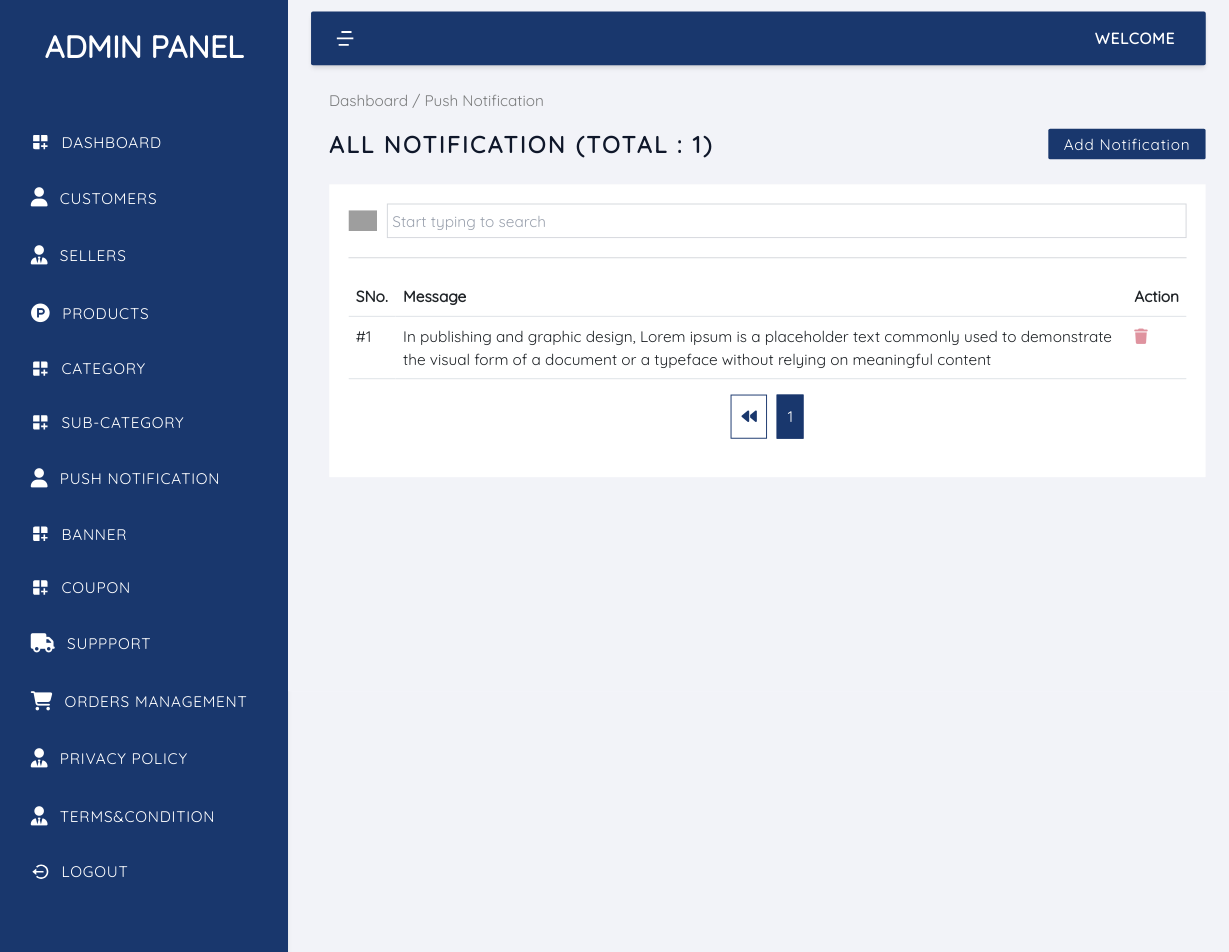
Repository: shishpal2000/admin.aschpro
Page: /pushNotification
These files come from the project's save history. The page is drawn as it stood at one moment and after a run of saves; the edit follows.
The browser window is 1280 px wide. The pictures show the whole page, at 96% of full size.
Pictures or frames that could not be fetched are drawn as grey boxes. Some web libraries are served in a nearby version. The project was rebuilt for these pictures with package versions that can differ from the ones it lists, and the page was loaded fresh each time. Also part of the build but not shown: src/E-CommerceAdmin/forms/Login.jsx, src/E-CommerceAdmin/pages/Dashboard.jsx, src/E-CommerceAdmin/pages/ECategory.js, src/E-CommerceAdmin/pages/EProduct.js, src/E-CommerceAdmin/pages/EVendorList.js, src/E-CommerceAdmin/pages/EAdminOrders.js, src/E-CommerceAdmin/pages/EAdminDelivery.js, src/E-CommerceAdmin/pages/EAdminCustomer.js and 6 more. Imported but missing from the stored project, and not drawn on this page: src/E-CommerceAdmin/pages/Complaints, src/E-CommerceAdmin/pages/Component/SpinnerComp, src/E-CommerceAdmin/pages/EAdmin, src/E-CommerceAdmin/pages/EAdminProduct, src/E-CommerceAdmin/pages/ESingleProduct, src/E-CommerceAdmin/pages/GetMeThis, src/E-CommerceAdmin/pages/HelpSupport.

Above is the page before, as saved 2023-06-28 16:57:36.

### public/index.html
<!-- @format -->

<!DOCTYPE html>
<html lang="en">
  <head>
    <meta charset="utf-8" />
    <meta name="viewport" content="width=device-width, initial-scale=1" />
    <meta name="theme-color" content="#000000" />
    <meta
      name="description"
      content="Web site created using create-react-app"
    />
    <link rel="icon" href="%PUBLIC_URL%/favicon.png" />
    <link rel="manifest" href="%PUBLIC_URL%/manifest.json" />
    <link rel="preconnect" href="https://fonts.googleapis.com" />
    <link rel="preconnect" href="https://fonts.gstatic.com" crossorigin />
    <link
      href="https://fonts.googleapis.com/css2?family=Roboto+Mono:ital,wght@1,300&display=swap"
      rel="stylesheet"
    />
    <link rel="preconnect" href="https://fonts.googleapis.com">
<link rel="preconnect" href="https://fonts.gstatic.com" crossorigin>
<link href="https://fonts.googleapis.com/css2?family=Quicksand&display=swap" rel="stylesheet">
    <title>Subharambh</title>
  </head>
  <body>
    <noscript>You need to enable JavaScript to run this app.</noscript>
    <div id="root"></div>
    <script src="https://code.jquery.com/jquery-3.6.0.min.js"></script>
    <script
      src="https://kit.fontawesome.com/b533b351e4.js"
      crossorigin="anonymous"
    ></script>
    <script
      type="module"
      src="https://unpkg.com/ionicons@7.1.0/dist/ionicons/ionicons.esm.js"
    ></script>
    <script
      nomodule
      src="https://unpkg.com/ionicons@7.1.0/dist/ionicons/ionicons.js"
    ></script>
  </body>
</html>

### src/E-CommerceAdmin/pages/PushNotification.js
/** @format */

import axios from "axios";
import React, { useEffect, useState } from "react";
import {
  Alert,
  Button,
  FloatingLabel,
  Form,
  Modal,
  Table,
} from "react-bootstrap";
import { toast } from "react-toastify";
import HOC from "../layout/HOC";

const PushNotification = () => {
  const [modalShow, setModalShow] = React.useState(false);
  const data = [
    {
      name : "In publishing and graphic design, Lorem ipsum is a placeholder text commonly used to demonstrate the visual form of a document or a typeface without relying on meaningful content"
    }
  ]

  // Pagination and Filter
  const [query, setQuery] = useState("");
  const [currentPage2, setCurrentPage2] = useState(1);
  const [postPerPage2] = useState(10);
  const lastPostIndex2 = currentPage2 * postPerPage2;
  const firstPostIndex2 = lastPostIndex2 - postPerPage2;

  let pages2 = [];

  const TotolData = query
    ? data?.filter(
        (i) =>
          i?.name?.toLowerCase().includes(query?.toLowerCase()) ||
          i?.email?.toLowerCase().includes(query?.toLowerCase())
      )
    : data;

  useEffect(() => {
    if (query) {
      setCurrentPage2(1);
    }
  }, [query]);

  const slicedData = TotolData?.slice(firstPostIndex2, lastPostIndex2);

  for (let i = 1; i <= Math.ceil(TotolData?.length / postPerPage2); i++) {
    pages2.push(i);
  }

  function Next() {
    setCurrentPage2(currentPage2 + 1);
  }

  function Prev() {
    if (currentPage2 !== 1) {
      setCurrentPage2(currentPage2 - 1);
    }
  }



  function MyVerticallyCenteredModal(props) {


    return (
      <Modal
        {...props}
        size="lg"
        aria-labelledby="contained-modal-title-vcenter"
        centered
      >
        <Modal.Header closeButton>
          <Modal.Title id="contained-modal-title-vcenter">
            {" "}
            Add Notification
          </Modal.Title>
        </Modal.Header>
        <Modal.Body>
          <Form >
            <Form.Group className="mb-3">
              <Form.Label>Notification</Form.Label>
              <FloatingLabel controlId="floatingTextarea2">
                <Form.Control
                  as="textarea"
                  placeholder="Leave a comment here"
                  style={{ height: "100px" }}
                />
              </FloatingLabel>
            </Form.Group>

            <Button
              style={{ backgroundColor: "#19376d", borderRadius: "0" }}
              type="submit"
            >
              Submit
            </Button>
          </Form>
        </Modal.Body>
      </Modal>
    );
  }



  return (
    <>
      <MyVerticallyCenteredModal
        show={modalShow}
        onHide={() => setModalShow(false)}
      />

      <p className="headP">Dashboard / Push Notification</p>

      <div
        className="pb-4   w-full flex justify-between items-center"
        style={{ width: "98%", marginLeft: "2%" }}
      >
        <span
          className="tracking-widest text-slate-900 font-semibold uppercase "
          style={{ fontSize: "1.5rem" }}
        >
          All Notification (Total : {data.length})
        </span>
        <button
          onClick={() => {
            setModalShow(true);
          }}
          className="md:py-2 px-3 md:px-4 py-1 rounded-sm  bg-[#19376d] text-white tracking-wider"
        >
          Add Notification
        </button>
      </div>
      <section className="sectionCont">
        {data?.length === 0 || !data ? (
          <Alert>No Data Found</Alert>
        ) : (
          <>
            {/* Filter */}
            <div className="filterBox">
              <img
                src="https://t4.ftcdn.net/jpg/01/41/97/61/360_F_141976137_kQrdYIvfn3e0RT1EWbZOmQciOKLMgCwG.jpg"
                alt=""
              />
              <input
                type="search"
                placeholder="Start typing to search "
                onChange={(e) => setQuery(e.target.value)}
              />
            </div>
            <div className="overFlowCont">
              <Table>
                <thead>
                  <tr>
                    <th>SNo.</th>
                    <th>Message</th>
                    <th>Action</th>
                  </tr>
                </thead>
                <tbody>
                  {slicedData.map((i, index) => (
                    <tr key={index}>
                      <td> #{index + 1} </td>
                      <td> {i.name} </td>
                      <td>
                        <i
                          className="fa-solid fa-trash"

                        />
                      </td>
                    </tr>
                  ))}
                </tbody>
              </Table>
            </div>
            {/* Pagination */}
            <div className="pagination">
              <button onClick={() => Prev()} className="prevBtn">
                <i className="fa-solid fa-backward"></i>
              </button>
              {currentPage2 === 1 ? (
                ""
              ) : (
                <button onClick={() => setCurrentPage2(1)}>1</button>
              )}

              {pages2
                ?.slice(currentPage2 - 1, currentPage2 + 3)
                .map((i, index) =>
                  i === pages2?.length ? (
                    ""
                  ) : (
                    <button
                      key={index}
                      onClick={() => setCurrentPage2(i)}
                      className={currentPage2 === i ? "activePage" : ""}
                    >
                      {" "}
                      {i}{" "}
                    </button>
                  )
                )}

              <button
                onClick={() => setCurrentPage2(pages2?.length)}
                className={currentPage2 === pages2?.length ? "activePage" : ""}
              >
                {" "}
                {pages2?.length}{" "}
              </button>

              {currentPage2 === pages2?.length ? (
                ""
              ) : (
                <button onClick={() => Next()} className="nextBtn">
                  {" "}
                  <i className="fa-sharp fa-solid fa-forward"></i>
                </button>
              )}
            </div>
          </>
        )}
      </section>
    </>
  );
};

export default HOC(PushNotification);

### src/E-CommerceAdmin/layout/HOC.jsx
/** @format */

import React, { useState } from "react";
import Navbar from "./Navbar";
import Sidebar from "./Sidebar";

const HOC = (Wcomponenet) => {
  return function Component() {
    const [hamb, setHamb] = useState(false);
    return (
      <>
        <section
          className="flex overflow-x-hidden relative "
          style={{ backgroundColor: "#f2f3f8" }}
        >
          {/* Sidebar */}
          <div
            className={
              hamb
                ? " absolute top-0 z-30 md:w-auto shadow-md bg-slate-200  w-60 transition-all md:-left-full left duration-150  h-auto overflow-y-auto  left-0 "
                : " md:w-72 z-30 bg-slate-200  shadow-md  md:static absolute top-0 -left-full   transition-all duration-150  overflow-y-auto h-auto"
            }
            style={{ minWidth: "300px" }}
          >
            <Sidebar hamb={hamb} setHamb={setHamb} />
          </div>
          {/* Components & Navbar */}
          <div
            className={
              hamb
                ? " transition-all px-4 py-2  duration-150 w-full h-screen"
                : " w-full h-screen  px-4 py-2   z-50 transition-all duration-150 "
            }
            style={{ backgroundColor: "#f2f3f8" }}
          >
            <Navbar hamb={hamb} setHamb={setHamb} />
            <div className="my-6 text-#000 h-[87%] wcomp overflow-y-auto">
              {" "}
              <Wcomponenet />
            </div>
          </div>
        </section>
      </>
    );
  };
};

export default HOC;

### src/E-CommerceAdmin/layout/Navbar.jsx
/** @format */

import { RiMenu4Line } from "react-icons/ri";

const Navbar = ({ hamb, setHamb }) => {
  const AdminName = localStorage.getItem("AdminName")
  return (
    <>
      <div
        className={
          hamb
            ? "flex  w-full justify-between  my-1 rounded-sm  p-4 py-3 shadow-md items-center  bg-slate-200 space-x-4"
            : "flex  w-full justify-between my-1 rounded-sm  p-4 py-3 shadow-md items-center  bg-slate-200 space-x-4"
        }
        style={{ backgroundColor: "#19376d" }}
      >
        <RiMenu4Line
          onClick={() => setHamb(!hamb)}
          className="text-2xl font-bold text-gray-900 hover:scale-90 cursor-pointer"
          style={{ color: "#fff" }}
        />

        <section className="flex sm:ml-auto justify-end sm:w-full items-center space-x-2  pr-2">
          <figcaption className="tracking-wider pl-1 font-semibold">
            <div
              className="lg:text-base text-sm text-gray-900  uppercase"
              style={{ color: "#fff" }}
            >
              Welcome {AdminName}
            </div>
          </figcaption>
        </section>
      </div>
    </>
  );
};

export default Navbar;

### src/E-CommerceAdmin/layout/Sidebar.jsx
/** @format */

import React from "react";
import { RiCloseLine } from "react-icons/ri";
import { Link, useNavigate } from "react-router-dom";
import { BiLogOutCircle } from "react-icons/bi";
import { MdDashboardCustomize } from "react-icons/md";

const Sidebar = ({ hamb, setHamb }) => {
  const navigate = useNavigate();

  const nav = [
    {
      icon: <MdDashboardCustomize className="text-xl mr-3 rounded-full " />,
      link: "/dashboard ",
      name: "Dashboard",
    },

    {
      icon: (
        <i className="fa-solid fa-user text-xl mr-3 rounded-full"></i>
      ),
      link: "/Customer",
      name: "Customers",
    },
    {
      icon: <i className="fa-solid fa-user-tie text-xl mr-3 rounded-full"></i>,
      link: "/VendorList",
      name: "Sellers",
    },
    {
      icon: (
    <i className="fa-brands fa-product-hunt text-xl mr-3 rounded-full"></i>
      ),
      link: "/Product",
      name: "Products",
    },
    {
      icon: <MdDashboardCustomize className="text-xl mr-3 rounded-full " />,
      link: "/Category",
      name: "Category",
    },

    {
      icon: <MdDashboardCustomize className="text-xl mr-3 rounded-full " />,
      link: "/SubCategory",
      name: "Sub-Category",
    },
    {
      icon: <i className="fa-solid fa-user text-xl mr-3 rounded-full"></i>,
      link: "/pushNotification",
      name: "Push Notification",
    },

    {
      icon: <MdDashboardCustomize className="text-xl mr-3 rounded-full " />,
      link: "/banner",
      name: "Banner",
    },
    {
      icon: <MdDashboardCustomize className="text-xl mr-3 rounded-full " />,
      link: "/coupon",
      name: "Coupon",
    },

    {
      icon: <i className="fa-solid fa-truck  text-xl mr-3 rounded-full"></i>,
      link: "/Support",
      name: "Suppport",
    },
    {
      icon: (
        <i className="fa-solid fa-cart-shopping text-xl mr-3 rounded-full"></i>
      ),
      link: "/Orders",
      name: "Orders Management",
    },

    {
      icon: <i className="fa-solid fa-user-tie text-xl mr-3 rounded-full"></i>,
      link: "/privacy",
      name: "Privacy Policy",
    },
    {
      icon: <i className="fa-solid fa-user-tie text-xl mr-3 rounded-full"></i>,
      link: "/terms",
      name: "Terms&Condition",
    }
  ];

  const logOut = () => {
    localStorage.clear()
    navigate("/");
  };

  return (
    <>
      <aside
        className="p-4 h-auto"
        style={{ backgroundColor: "#19376d", minHeight: "100vh" }}
      >
        {/* Top */}
        <div className="w-full md:hidden relative  p-2 mb-4">
          <RiCloseLine
            onClick={() => setHamb(!hamb)}
            className="text-3xl  absolute top-2 sm:hover:rotate-[228deg] transition-transform font-bold right-2 sm:hover:text-[22px] text-[rgb(241,146,46)] cursor-pointer"
          />
        </div>{" "}
        <figure className="flex  flex-col items-center">
          <span
            className="font-bold text-[#fff]"
            style={{
              fontSize: "2rem",
              textAlign: "center",
              textTransform: "uppercase",
            }}
          >
            {" "}
            ADMIN PANEL
          </span>
        </figure>
        <nav className="py-6">
          {nav.map((nav) => {
            return (
              <Link
                to={nav.link}
                key={nav.name}
                className=""
                style={{ textDecoration: "none", textTransform: "uppercase" }}
              >
                <span
                  className="flex my-3 items-center cursor-pointer text-gray-900    tracking-wider p-2 rounded-sm"
                  style={{ color: "#FFF" }}
                >
                  {nav.icon} {nav.name}
                </span>
              </Link>
            );
          })}
          <span
            className="flex my-3 items-center cursor-pointer text-gray-900    tracking-wider p-2 rounded-sm"
            onClick={() => logOut()}
            style={{ color: "#FFF", textTransform: "uppercase" }}
          >
            <BiLogOutCircle className="text-xl mr-3 rounded-full " /> LogOut
          </span>
        </nav>
      </aside>
    </>
  );
};

export default Sidebar;

Loaded but not shown: tailwind.config.js (common file); src/App.js (70 lines, source omitted); src/index.js (15 lines, source omitted); src/index.css (533 lines, source omitted)

After the next 4 saves:
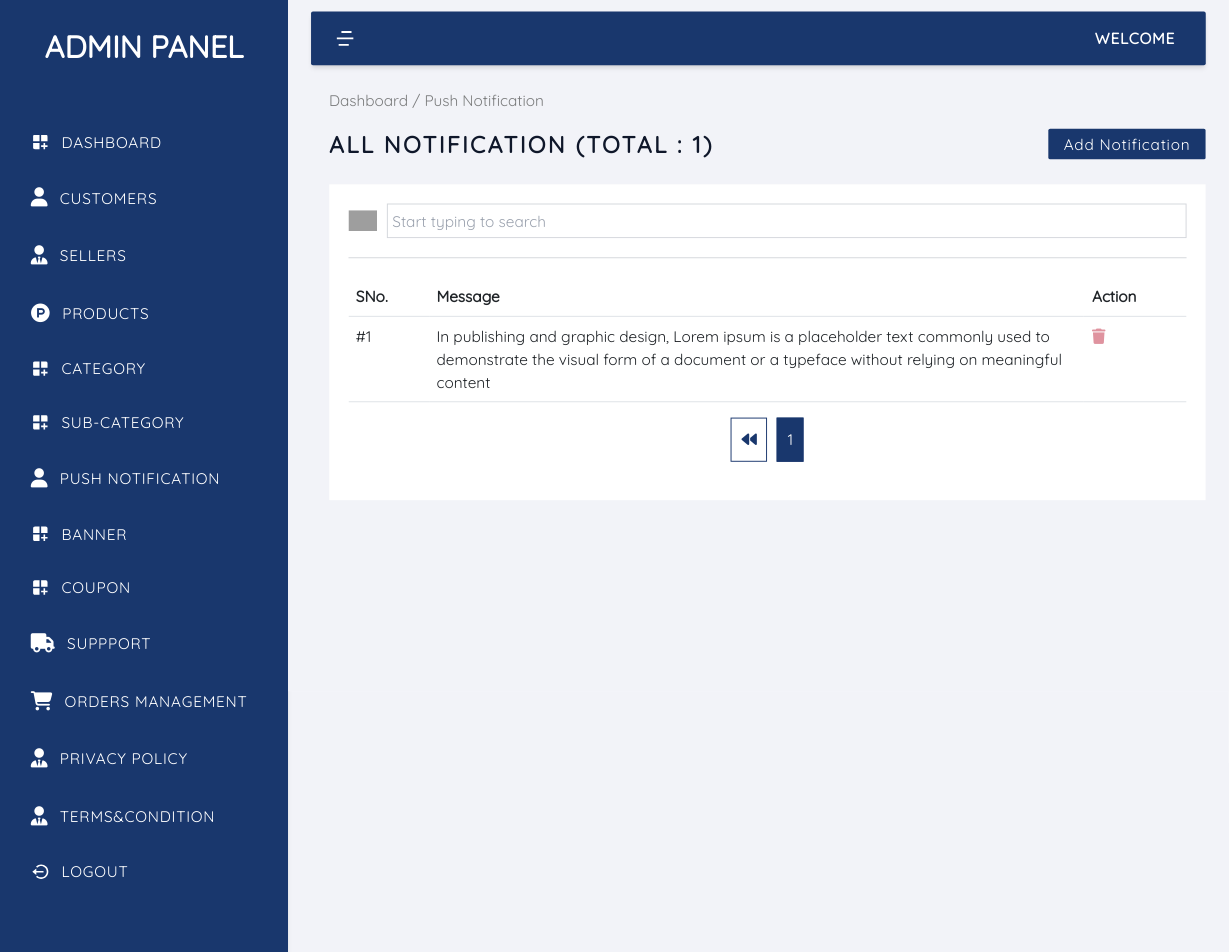
The 4 saves are shown as one change because they came seconds apart.
The last was saved 23 s later.
--- a/src/E-CommerceAdmin/pages/PushNotification.js
+++ b/src/E-CommerceAdmin/pages/PushNotification.js
@@ -163,7 +163,7 @@ const PushNotification = () => {
                   {slicedData.map((i, index) => (
                     <tr key={index}>
                       <td> #{index + 1} </td>
-                      <td> {i.name} </td>
+                      <td style={{maxWidth : '400px'}}> {i.name} </td>
                       <td>
                         <i
                           className="fa-solid fa-trash"
